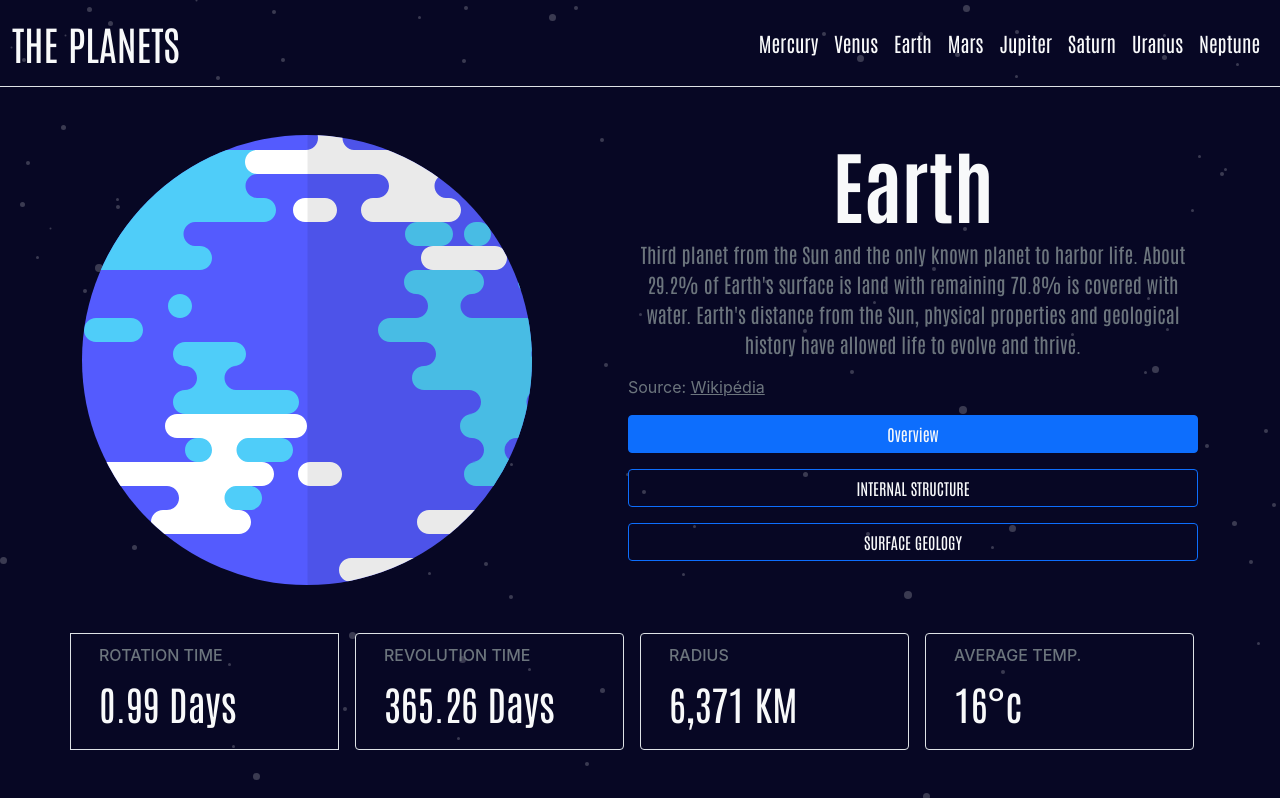
Repository: andre06x/the-planets
Page: /
An editor plug-in stored every save of this project. The page is shown before and after a run of saves, followed by the edit.
The browser window is 1280 px wide. The pictures show the whole page.
The project was rebuilt for these pictures with package versions that can differ from the ones it lists, and the page was loaded fresh each time.

Above is the page before, as saved 2021-10-19 16:37:18.

After the next 2 saves:
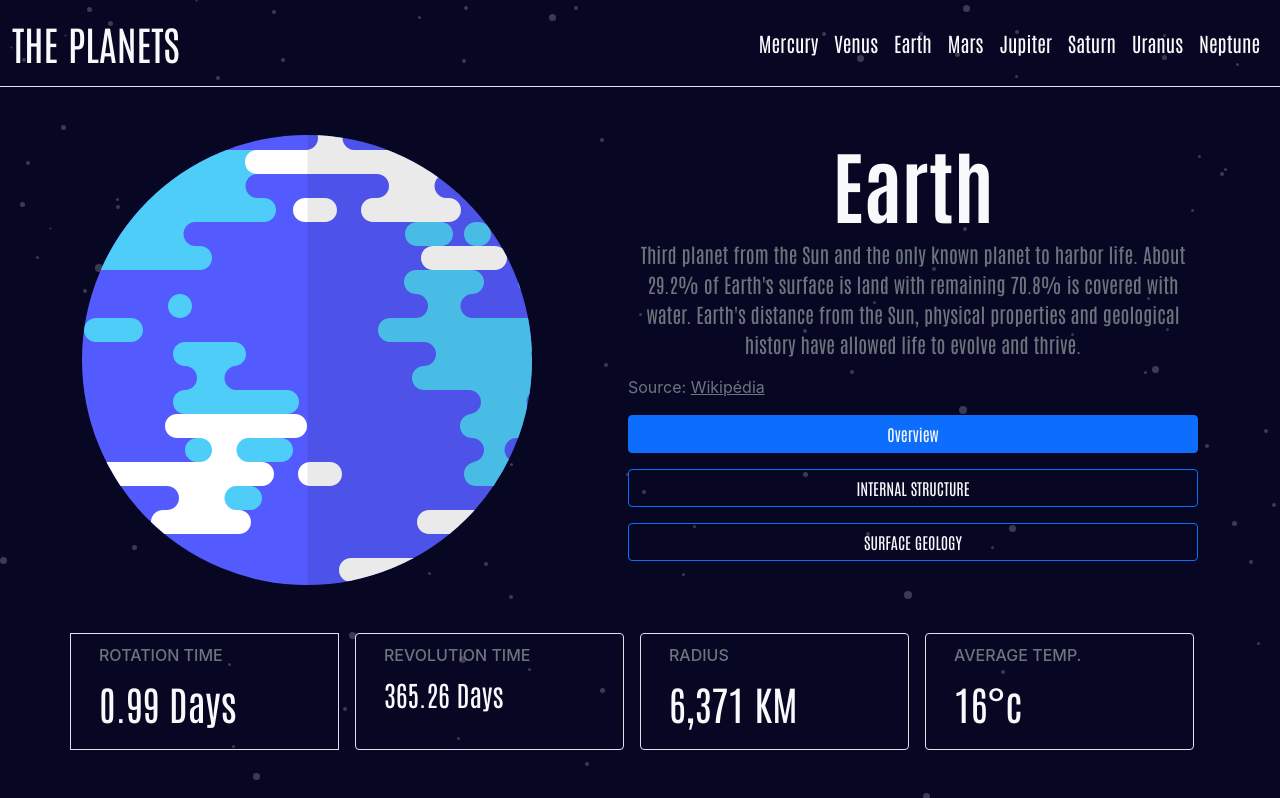
The 2 saves are shown as one change because they came seconds apart.
The last was saved 56 s later.
--- a/src/components/Container.js
+++ b/src/components/Container.js
@@ -95,7 +95,7 @@ const Container = () => {
             <h6 class="card-subtitle mb-2 text-muted">
               REVOLUTION TIME
             </h6>
-            <p class="card-text text-light font-antonio fs-1">
+            <p class="card-text text-light font-antonio fs-md-1 fs-3">
               {dataPlanet.revolution}
             </p>
           </div>
